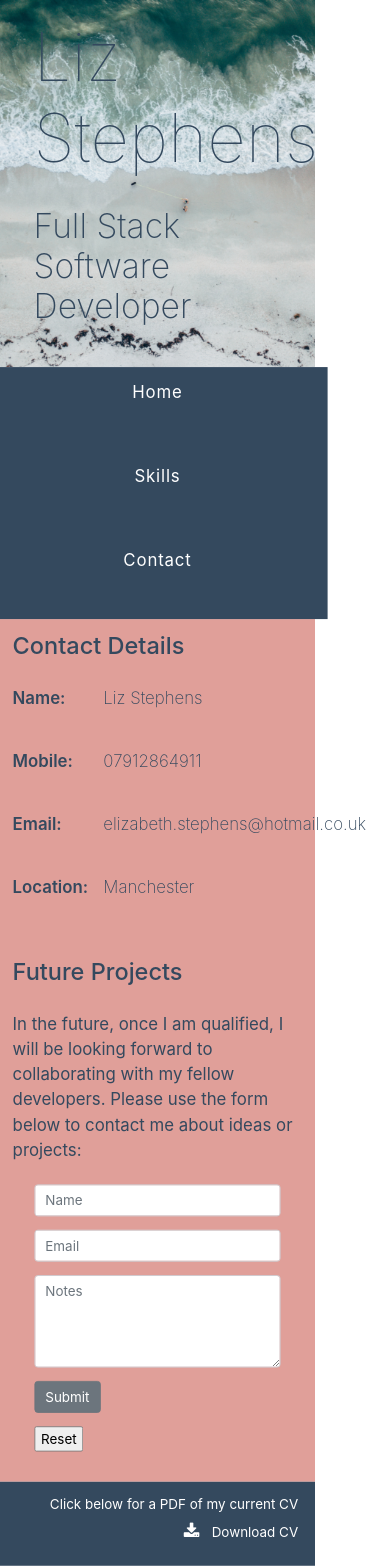
Repository: Liz94688/portfolio-site
Page: contact.html
The author's editor kept a record of every edit. The page is drawn from the files as they stood at one moment, then again after the next edit.
The browser window is 375 px wide. The page is 436 px wide, so the pictures cover 436 px, including what lies to the right of the window. The pictures show the whole page, at 84% of full size.

Above is the page before.

### contact.html
<!DOCTYPE html>
<html lang="en">

<head>
    <meta charset="UTF-8">
    <meta name="viewport" content="width=device-width, initial-scale=1.0">
    <meta http-equiv="X-UA-Compatible" content="ie=edge">
    <link rel="stylesheet" href="https://stackpath.bootstrapcdn.com/bootstrap/4.3.1/css/bootstrap.min.css" type="text/css" />
    <link rel="stylesheet" href="https://stackpath.bootstrapcdn.com/font-awesome/4.7.0/css/font-awesome.min.css" type="text/css" />
    <link rel="stylesheet" href="assets/css/style.css" type="text/css" />
    <title>Liz Stephens Portfolio - Full Stack Web Developer</title>
</head>

<body>
    <header>
        <div class="row header-image">
            <div class="col-12">
                <h1 class="header-name">Liz Stephens</h1>
                <h2 class="header-title">Full Stack Software Developer</h2>
            </div>
        </div>
        <div class="row header-nav">
            <div class="col">
                <ul id="nav" class="list-inline header-nav-container">
                    <li class="col-sm-4 header-nav-color-home header-nav-item list-inline-item">
                        <a href="index.html"><span>Home</span></a>
                    </li>
                    <li class="col-sm-4 header-nav-color-skills header-nav-item list-inline-item">
                        <a href="skills.html"><span>Skills</span></a>
                    </li>
                    <li class="col-sm-4 header-nav-color-contact header-nav-item list-inline-item">
                        <a href="contact.html"><span>Contact</span></a>
                    </li>
                </ul>
            </div>
        </div>
    </header>
    <section class="container-fluid contact-container">
        <div class="row contact-row">
            <div class="col-md-4 contact-info">
                <div class="col-12 contact-details-title">
                    <h3>
                        Contact Details
                    </h3>
                </div>
                <div class="col-12 contact-details-itemised">
                    <div class="key">
                        <p>Name: </p>
                    </div>
                    <div class="value">
                        <p>Liz Stephens</p>
                    </div>
                    <div class="key">
                        <p>Mobile: </p>
                    </div>
                    <div class="value">
                        <p>07912864911</p>
                    </div>
                    <div class="key">
                        <p>Email: </p>
                    </div>
                    <div class="value">
                        <p>elizabeth.stephens@hotmail.co.uk</p>
                    </div>
                    <div class="key">
                        <p>Location: </p>
                    </div>
                    <div class="value">
                        <p>Manchester</p>
                    </div>
                </div>
            </div>
            <div class="col-md-8 contact-form">
                <div class="col-12 form-info">
                    <h3 class="contact-form-title">
                        Future Projects
                    </h3>
                </div>
                <div class="col-12 form-info">
                    <p>In the future, once I am qualified, I will be looking forward to collaborating with my fellow developers. Please use the form below to contact me about ideas or projects: </p>
                </div>
                <div class="col-12 contact-groups">
                    <form class="centre-form">
                        <div class="form-group">
                            <input type="text" name="Name" class="form-control" placeholder="Name" required>
                        </div>
                        <div class="form-group">
                            <input type="email" name="Email" class="form-control" placeholder="Email" required>
                        </div>
                        <div class="form-group">
                            <textarea rows="4" name="Notes" class="form-control" placeholder="Notes"></textarea>
                        </div>
                        <div class="form-group">
                            <button type="submit" class="btn btn-secondary">Submit</button>
                        </div>
                        <div class="form-group">
                            <input type="reset" value="Reset">
                        </div>
                    </form>
                </div>
            </div>
        </div>
    </section>
    <footer class="container-fluid">
        <div class="row footer-nav">
            <div class="col footer-nav-item">
                <p>Click below for a PDF of my current CV</p>
                <a href="./assets/cv/Liz_CV.pdf" target="_blank"><i class="fa fa-download" aria-hidden="true"></i><span> Download CV </span></a>
            </div>
        </div>
    </footer>
</body>

</html>

### assets/css/style.css
@import url('https://fonts.googleapis.com/css?family=Montserrat&display=swap:100,200,300,400,500,600,700');

/*------------------------------Header*/

header {
    margin: 0;
    padding: 0;
}

.header-image {
    background-image: url('../images/welcome-view.jpg');
    background-position: center;
    background-repeat: no-repeat;
    background-size: cover;
    min-height: 240px;
    max-width: 100%;
    margin: 0;
    transition: all .5s ease-in-out;
    -moz-transition: all .5s ease-in-out;
    -webkit-transition: all .5s ease-in-out;
}

.header-name {
    font-weight: 100;
    font-size: 80px;
    color: #34495E;
    padding-top: 20px;
    padding-left: 25px;
}

.header-title {
    font-weight: 300;
    font-size: 40px;
    color: #34495E;
    padding-top: 15px;
    padding-bottom: 50px;
    padding-left: 25px;
}

/*------------------------------Header-Nav*/

.col {
    padding: 0;
}

li a {
    color: #fff;
    padding: 0;
    text-decoration: none;
}

.row {
    padding-bottom: 0;
}


.list-inline-item:not(:last-child) {
    margin: 0;
}

.header-nav-container {
    font-size: 0;
}

.col ul {
    margin-bottom: 0;
}

#nav li {
    padding: 0;
}

.header-nav-item {
    height: 100px;
    text-align: center;
}

.header-nav-item a {
    width: 100%;
    text-decoration: none;
    color: #fff;
}

.header-nav-item span {
    display: block;
    padding-top: 15px;
    font-size: 20px;
    letter-spacing: 1px;
}

/*------------------------------Navbar Colours/Background Colours*/

ul {
    background-color: #34495E;
}

.header-nav-color-home:hover {
    background-color: #4682B4;
}

.header-nav-color-skills:hover {
    background-color: #48D1CC;
}

.header-nav-color-contact:hover {
    background-color: #D98880;
}

.home-bg-color {
    background-color: #4682B4;
}

/*------------------------------So far...*/

section {
    margin: 0;
    padding: 0;
}

.about-container {
    min-height: 500px;
    background-color: rgba(70, 130, 180, 0.8);
    color: #34495E;
    padding-bottom: 20px;
}

.so-far-title {
    padding-top: 20px;
    margin-bottom: 30px;
}

.so-far-title h3 {
    margin: 0;
}

.so-far-paragraph p {
    margin-bottom: 25px;
}

/*------------------------------Timeline*/

.timeline {
    position: relative;
    margin: 0 auto;
}

.timeline::after {
    content: '';
    position: absolute;
    width: 6px;
    background-color: #fff;
    top: 0;
    bottom: 0;
    left: 50%;
    margin-left: -2px;
}

.container {
    padding: 10px 20px;
    position: relative;
    background-color: #34495E;
    width: 50%;
    color: #fff;
    margin-left: 0;
}

.left {
    left: 0;
}

.right {
    left: 50%;
}

/*------------------------------Skills*/

.skills-container {
    margin: 0;
    min-height: 500px;
    background-color: rgba(72, 209, 204, 0.8);
    color: #34495E;
    padding-bottom: 20px;
}

.skills-title {
    padding-top: 20px;
    margin-bottom: 30px;
}

.skills-progression {
    margin-bottom: 30px;
    font-size: 20px;
    font-weight: 300;
}

.progress {
    height: 35px;
    margin-bottom: 15px;
    position: relative;
}

.progress-type {
    position: absolute;
    left: 0px;
    color: #34495E;
    padding: 2px 30px 2px 5px;
}

/*------------------------------Contact Info*/

.contact-container {
    padding: 0;
    margin: 0;
    min-height: 500px;
    background-color: rgba(217, 136, 128, 0.8);
    color: #34495E;
}

.contact-row {
    margin-left: 0;
    margin-right: 0;
}

.contact-info {
    padding-top: 15px;
    margin-bottom: 5px;
}

.contact-details-title {
    margin-bottom: 30px;
    padding: 0;
}

.contact-details-title h3 {
    margin: 0;
}

.contact-details-itemised {
    margin-bottom: 20px;
    padding: 0;
}

.contact-details-itemised .key,
.contact-details-itemised .value {
    display: inline-block;
    padding-right: 10px;
    margin-bottom: 45px;
}

.contact-details-itemised .key p,
.contact-details-itemised .value p {
    margin: 0;
    font-size: 20px;
}

.contact-details-itemised .key {
    width: 30%;
}

.contact-details-itemised .value {
    position: relative;
    width: 60%;
}

.contact-details-itemised .key p {
    font-weight: 600;
}

.contact-details-itemised .value p {
    font-weight: 200;
}

/*------------------------------Contact Form*/

.contact-form {
    padding-top: 15px;
    margin-bottom: 20px;
}

.form-info {
    padding: 0;
    font-size: 20px;
}

.contact-form-title {
    margin-bottom: 30px;
}

.contact-groups {
    padding: 0;
}

.centre-form {
    padding-top: 10px;
    margin: 0 auto;
    max-width: 85%;
}

/*------------------------------Footer*/

footer {
    min-height: 100px;
    margin: 0;
    padding: 0;
}

.footer-nav {
    background-color: #34495E;
}

.footer-nav-item {
    height: 100px;
    text-align: right;
    padding: 15px 20px;
    color: #fff;
}

.footer-nav-item a {
    text-decoration: none;
    color: #fff;
}

.footer-nav-item a i {
    font-size: 20px;
    padding: 10px;
}

.footer-nav-item p {
    margin: 0;
}

/*------------------------------Media Queries for Header/Footer*/

@media(max-width: 600px) {
    .header-title {
        font-weight: 200;
        font-size: 40px;
        color: #34495E;
        padding-top: 25px;
        padding-bottom: 40px;
        padding-left: 25px;
    }
}

@media(min-width: 768px) {
    .footer-nav-item {
        height: 100px;
        text-align: right;
        padding: 15px 15px;
        color: #fff;
        font-size: 20px;
        font-weight: 200;
    }
}

/*------------------------------Media Queries for Home*/

@media(min-width: 768px) {
    .timeline {
        max-width: 90%;
    }
}

@media(min-width: 768px) {
    .timeline::after {
        content: '';
        position: absolute;
        width: 12px;
        background-color: #fff;
        top: 0;
        bottom: 0;
        left: 50%;
        margin-left: -2px;
    }
}

@media(min-width: 992px) {
    .centre-form {
        padding-top: 30px;
        margin: 0 auto;
        max-width: 85%;
    }
}

/*------------------------------Media Queries for Skills*/

@media(max-width: 600px) {
    .skills-progression {
        font-size: 18px;
        font-weight: 500;
    }
}

@media(min-width: 768px) {
    .progress {
        height: 55px;
        margin-bottom: 25px;
    }
}

@media(min-width: 768px) {
    .progress-type {
        position: absolute;
        left: 0px;
        color: #34495E;
        padding: 5px 62px 5px 11px;
        font-size: 20px;
        font-weight: 400;
    }
}

/*------------------------------Media Queries for Contact*/

@media(max-width: 600px) {
    .contact-form {
        padding-top: 0px;
        margin-bottom: 20px;
    }
}

@media(min-width: 768px) {
    .centre-form {
        padding-top: 10px;
        margin: 0 auto;
        max-width: 90%;
    }
}

After the next edit:
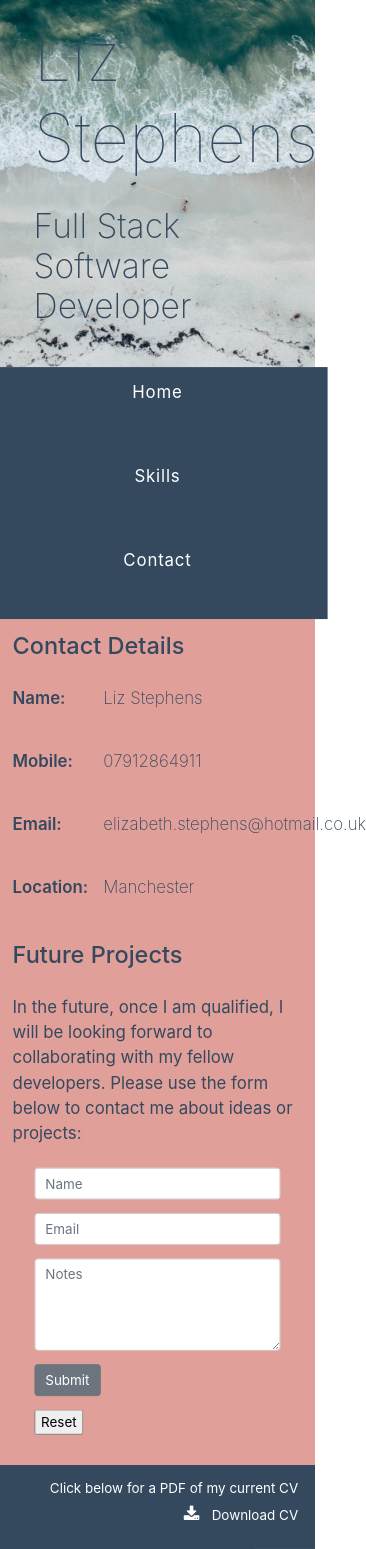
The edit:
--- a/assets/css/style.css
+++ b/assets/css/style.css
@@ -418,6 +418,13 @@
     }
 }
 
+@media(max-width: 600px) {
+    .contact-details-itemised {
+        margin-bottom: 0px;
+        padding: 0;
+    }
+}
+
 @media(min-width: 768px) {
     .centre-form {
         padding-top: 10px;
